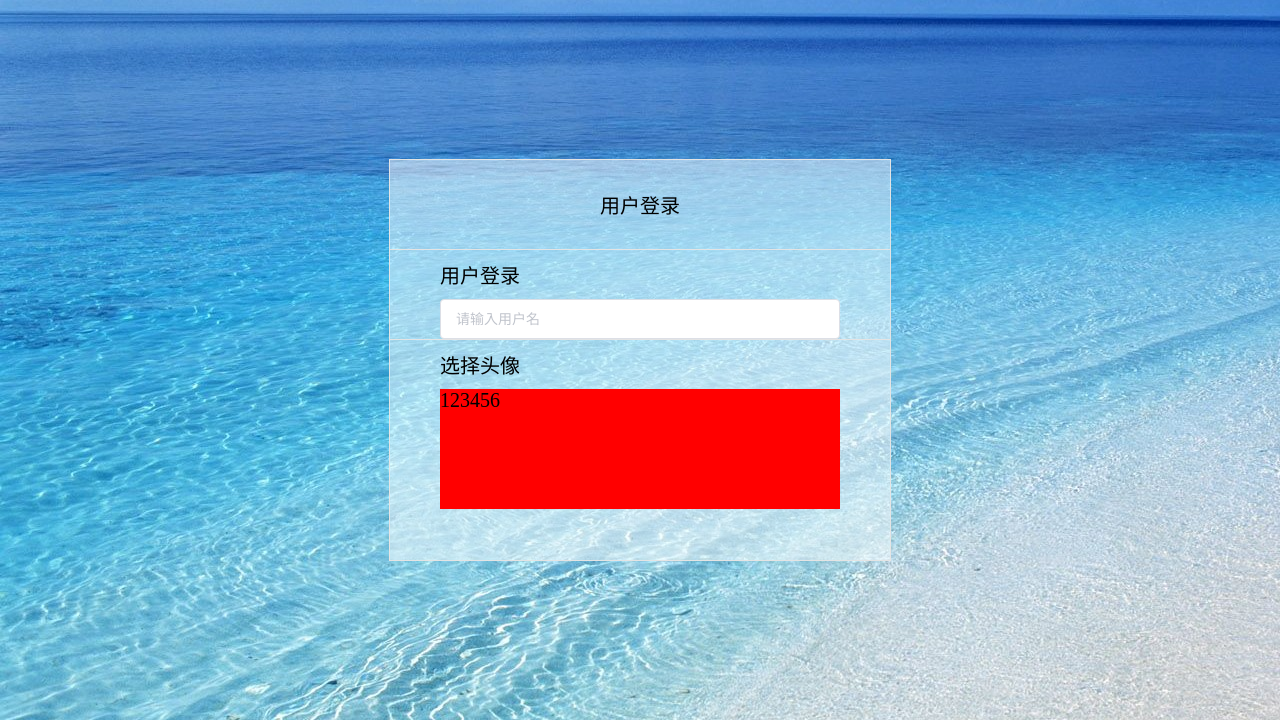
Repository: jinggegeZ/livechat
Page: /login
These files come from the project's save history. The page is drawn as it stood at one moment and after the next save; the edit follows.
The browser window is 1280 px wide. The pictures show the whole page.
The project was rebuilt for these pictures with package versions that can differ from the ones it lists, and the page was loaded fresh each time. Also part of the build but not shown: src/views/Home.vue.

Above is the page before, as saved 2020-08-17 15:19:46.

### src/main.js
import Vue from 'vue'
import App from './App.vue'
import router from './router'
import store from './store'
import ElementUI from 'element-ui';
import 'element-ui/lib/theme-chalk/index.css';

Vue.config.productionTip = false
Vue.use(ElementUI);
new Vue({
  router,
  store,
  render: h => h(App)

}).$mount('#app')

### src/App.vue
<template>
  <div id="app">

    <router-view/>
  </div>
</template>

<style lang="scss">
@import'../src/style/commoent'

</style>

### src/router/index.js
import Vue from 'vue'
import VueRouter from 'vue-router'
import Home from '../views/Home.vue'

Vue.use(VueRouter)

  const routes = [
  {
    path: '/',
    name: 'Home',
    component: Home
  },
  {
    path: '/login',
    name: 'login',
    component: () => import('../views/login.vue')
  }
]

const router = new VueRouter({
  mode: 'history',
  base: process.env.BASE_URL,
  routes
})

export default router

### src/style/commoent.css
*{
    margin: 0;
    padding: 0;
  }
  html {
    width: 100%;
    height: 100%;
  }
  #app {
    width: 100%;
    height: 100%;
  }
  body {
    width: 100%;
    height: 100%;
  }

### src/views/login.vue
<template>
  <div class="content">
    <div class="content-c">
      <div class="loginbox">
        <div class="username">用户登录</div>
        <!-- 用户登录 -->
        <div class="username1">用户登录</div>
        <!-- 用户名 -->
        <div class="input">
          <div class="inputbox">
            <el-input v-model="username" placeholder="请输入用户名"></el-input>
          </div>
        </div>
        <!-- 选择头像 -->
        <div class="username1">选择头像</div>
        <!-- 选择头像 -->
        <div class="imgbox">
          <div class="imgbox1">
            123456
          </div>
        </div>
        <!-- 确认登录 -->
        <div class="login">

        </div>
      </div>
    </div>
  </div>
</template>

<script>
export default {
  name: "",
  props: {},
  components: {},
  data() {
    return {
      username: "",
    };
  },
  methods: {},
  mounted() {},
  watch: {},
  computed: {},
};
</script>

<style scoped>
.content {
  width: 100%;
  height: 100%;
  display: flex;
  justify-content: center;
  align-items: center;
  background: url("../../public/image/02a28d595dea30839eeaa0fdd15dfce2.jpg")
    no-repeat;
  font-size: 20px;
}
.content-c {
  width: 100%;
  display: flex;
  justify-content: center;
  align-items: center;
}
.loginbox {
  width: 500px;
  height: 400px;
  border: 1px solid rgb(228, 228, 228);
  background: rgba(255, 255, 255, 0.5);
}
.username {
  width: 100%;
  height: 89px;
  display: flex;
  justify-content: center;
  align-items: center;
  border-bottom: 1px solid rgb(228, 228, 228);
}
.username1 {
  width: 100%;
  height: 49px;
  display: flex;
  justify-content: flex-start;
  align-items: center;
  margin-left: 50px;
}
.input {
  width: 100%;
  display: flex;
  justify-content: center;
  align-items: center;
  border-bottom: 1px solid rgb(228, 228, 228);
}
.inputbox {
  width: 80%;
}
.imgbox {
  width: 100%;
  display: flex;
  justify-content: center;
}
.imgbox1 {
  width: 80%;
  height: 120px;
  background:red;
}
.login {
  width: 100%;
  display: flex;
  justify-content: center;
}
</style>

Loaded but not shown: public/index.html (common file); src/store/index.js (common file)

After the next save:
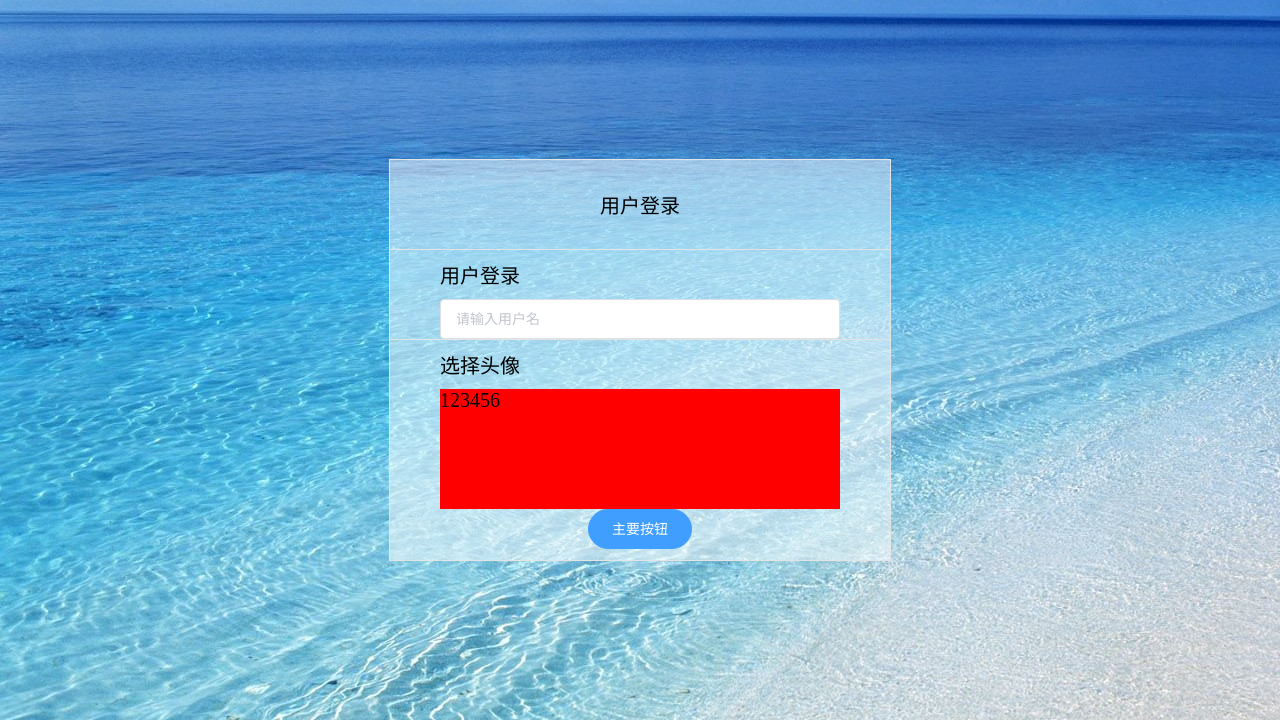
Saved 19 s later.
--- a/src/views/login.vue
+++ b/src/views/login.vue
@@ -21,7 +21,7 @@
         </div>
         <!-- 确认登录 -->
         <div class="login">
-
+           <el-button type="primary" round>主要按钮</el-button>
         </div>
       </div>
     </div>
